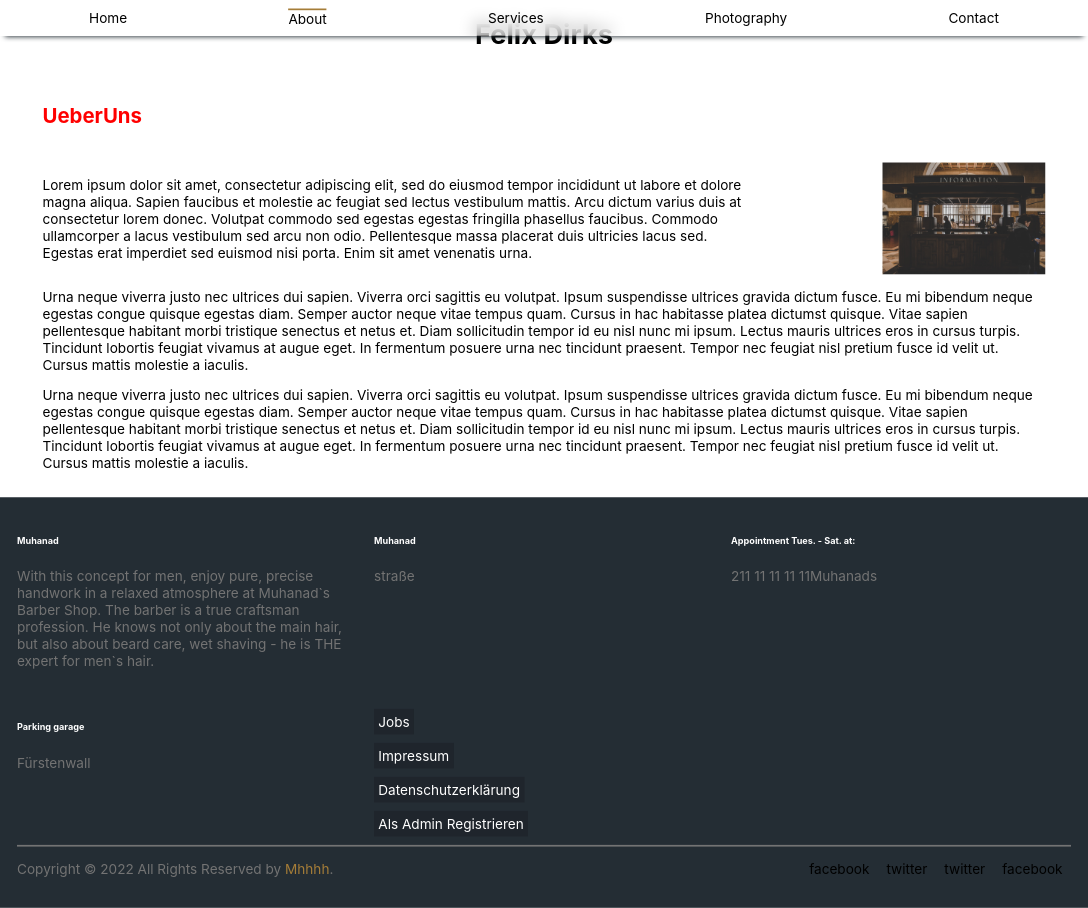
Repository: muhanad-musawi/backend-projekt-frondend
Page: /About (app in pohtographer/)
The author's editor kept a copy of each file at every save. The page is drawn from the files as they stood at one save, then again after the next save.
The browser window is 1280 px wide. The pictures show the whole page, at 85% of full size.
The project was rebuilt for these pictures with package versions that can differ from the ones it lists, and the page was loaded fresh each time. The framework's server and built-in components were replaced by stand-ins that run in the browser. Also part of the build but not shown: pohtographer/next.config.js.

Above is the page before, as saved 2022-03-27 16:37:56.

After the next save:
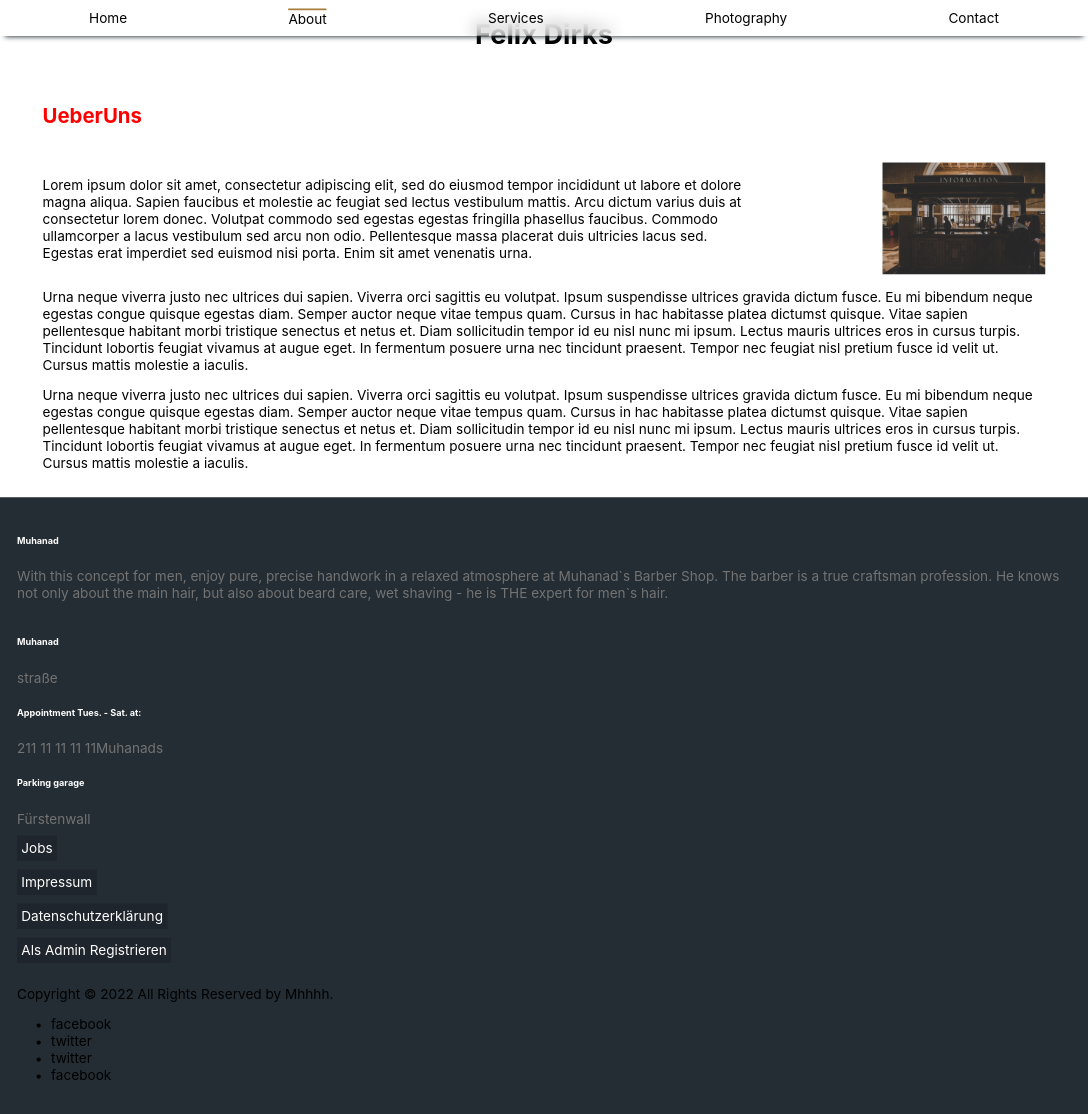
Saved 13 s later.
--- a/pohtographer/styles/Footer.module.css
+++ b/pohtographer/styles/Footer.module.css
@@ -51,6 +51,8 @@
   background-color: #1f252c;
   width: max-content;
 }
+
+.jobsImpressumDatenschutzerklärungLink  div {
 
 
 

After the 2 saves that followed:
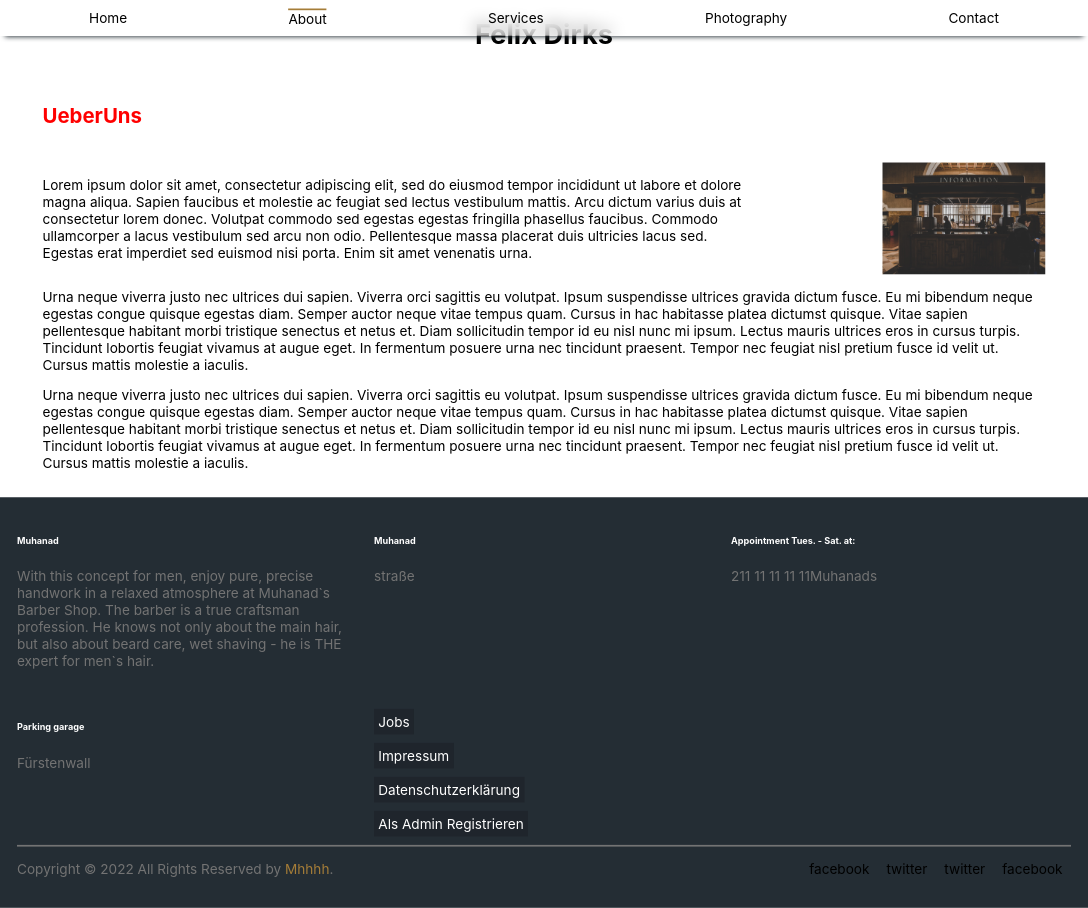
The 2 saves are shown as one change because they came seconds apart.
The last was saved 6 s later.
--- a/pohtographer/styles/Footer.module.css
+++ b/pohtographer/styles/Footer.module.css
@@ -53,6 +53,8 @@
 }
 
 .jobsImpressumDatenschutzerklärungLink  div {
+
+}
 
 
 
